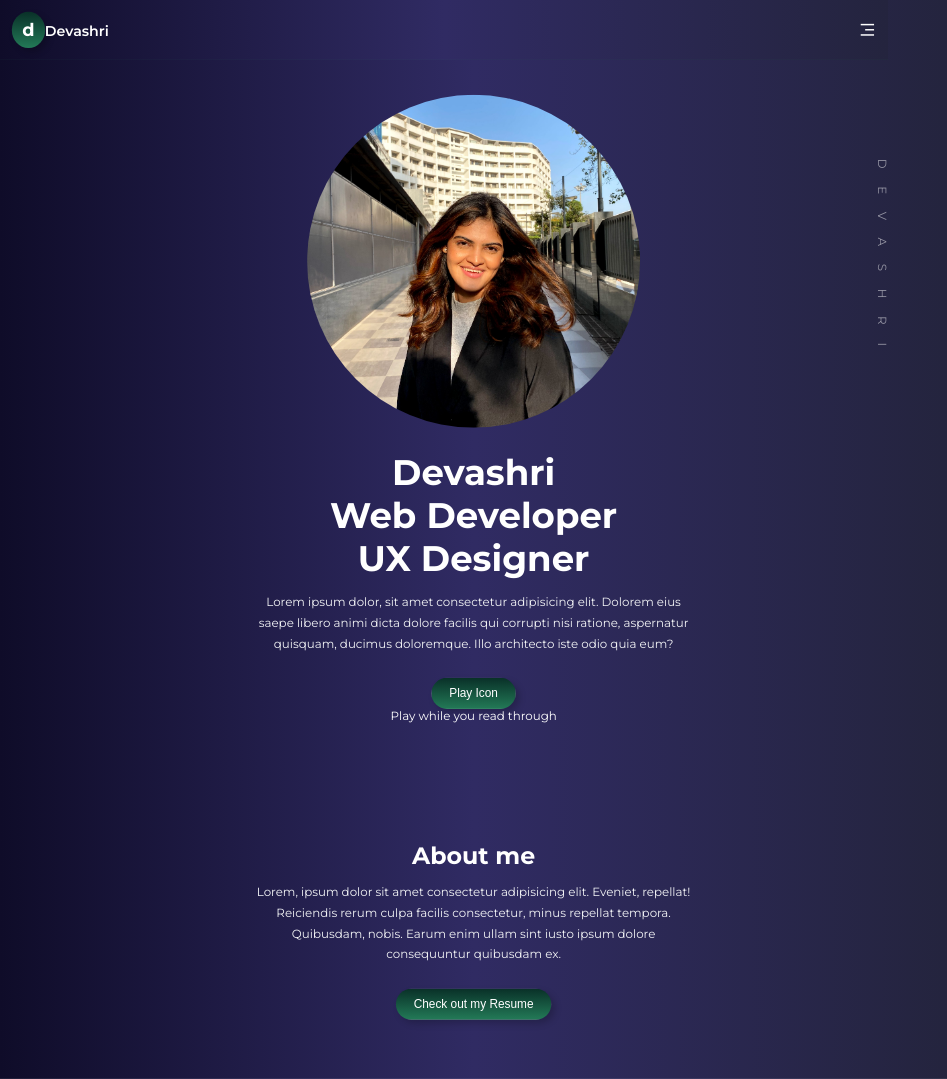
Repository: devashrisamani/devashrisamani.github.io
Page: index.html
The author's editor kept a copy of each file at every save. The page is drawn from the files as they stood at one save, then again after a run of saves.
The browser window is 1280 px wide. The pictures show the whole page, at 74% of full size.

Above is the page before, as saved 2025-09-24 19:16:07.

After the next 2 saves:
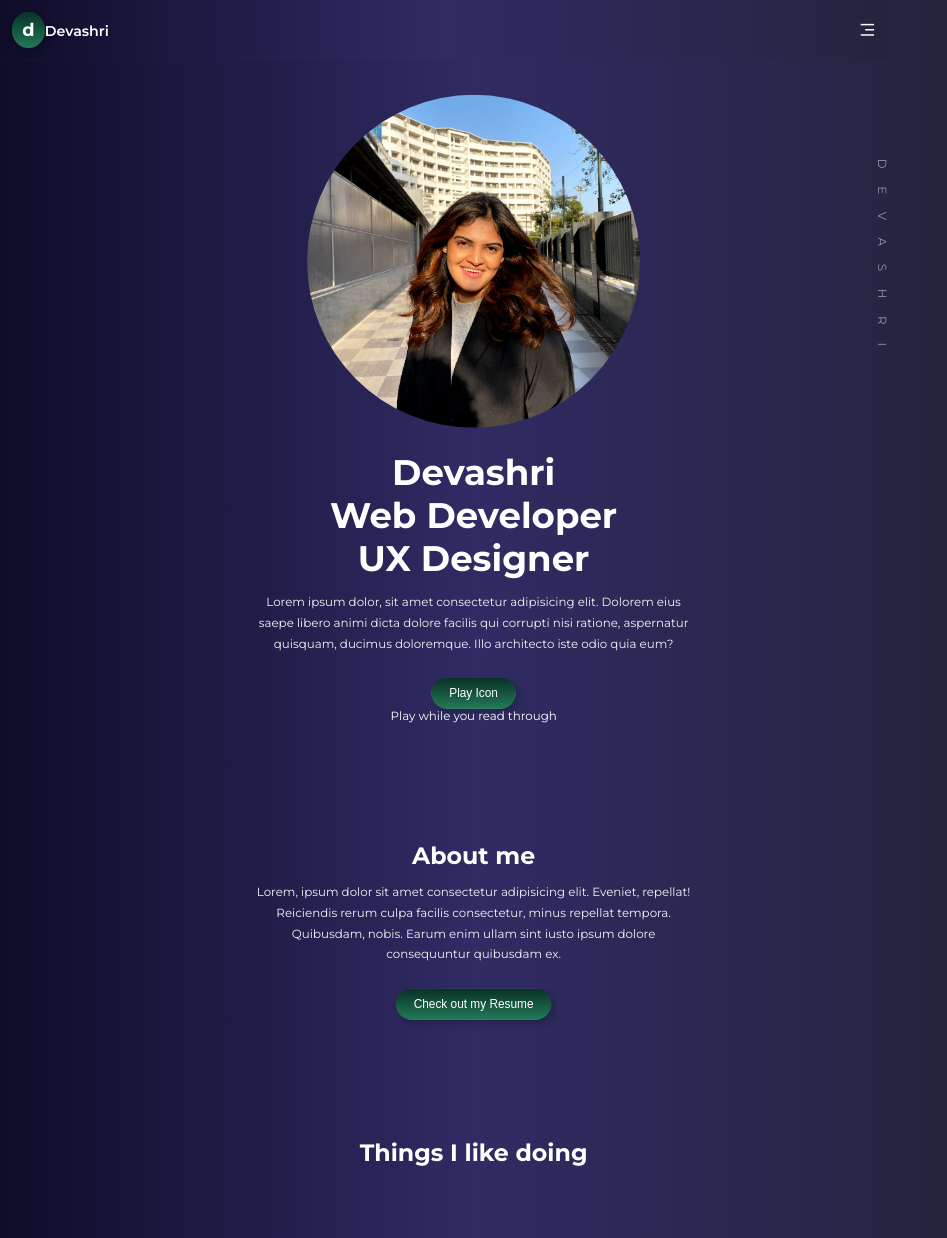
The 2 saves are shown as one change because they came seconds apart.
The last was saved 5 min 7 s later.
--- a/index.html
+++ b/index.html
@@ -75,5 +75,10 @@
         </div>
       </div>
     </section>
+
+    <section class="section__container work__container" id="work">
+      <h2 class="section__header">Things I like doing</h2>
+      <div class="service_grid"></div>
+    </section>
   </body>
 </html>
